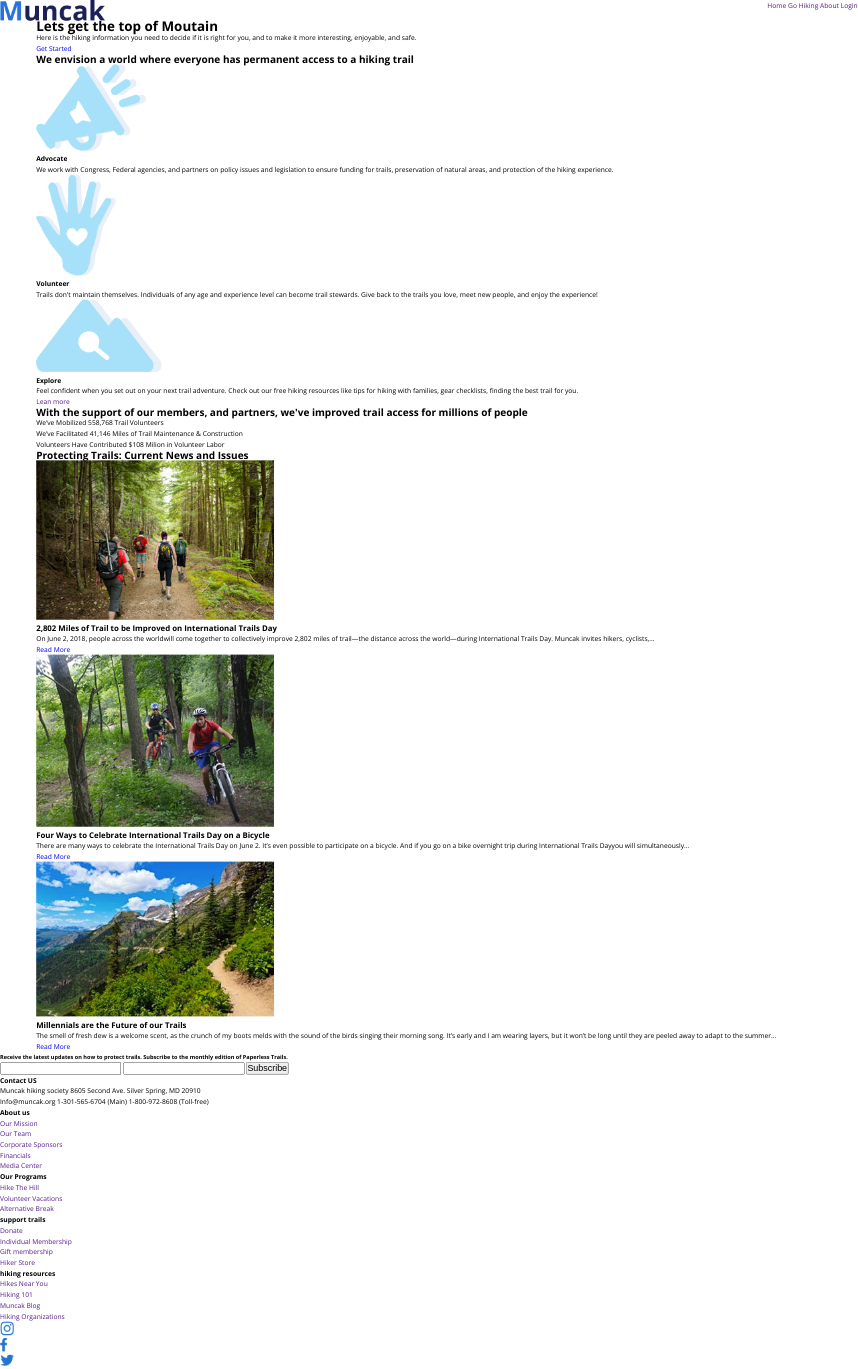
Repository: huubinh98/Project
Page: muncak/index.html
An editor plug-in stored every save of this project. The page is shown before and after the next save, followed by the edit.
The browser window is 1280 px wide. The pictures show the whole page, at 67% of full size.

Above is the page before, as saved 2021-08-28 15:47:53.

### muncak/index.html
<!DOCTYPE html>
<html lang="en">

<head>
    <meta charset="UTF-8">
    <meta http-equiv="X-UA-Compatible" content="IE=edge">
    <meta name="viewport" content="width=device-width, initial-scale=1.0">
    <link rel="stylesheet" href="./style.css">
    <link rel="preconnect" href="https://fonts.googleapis.com">
    <link rel="preconnect" href="https://fonts.gstatic.com" crossorigin>
    <link href="https://fonts.googleapis.com/css2?family=Open+Sans:wght@300;400;600;700&display=swap" rel="stylesheet">
    <title>Muncak</title>
</head>

<body>
    <header class="header">
        <div class="container header-nav">
            <h1 class="logo"><a href="" class="logo-link"><img src="./image/Muncak.png" alt="" class="logo-img"></a>
            </h1>
            <ul class="nav-list">
                <li class="nav-item">
                    <a href="" class="nav-item-link">Home</a>
                </li>
                <li class="nav-item">
                    <a href="" class="nav-item-link">Go Hiking</a>
                </li>
                <li class="nav-item">
                    <a href="" class="nav-item-link">About</a>
                </li>
                <li class="nav-item">
                    <a href="" class="nav-item-link">Login</a>
                </li>
            </ul>
        </div>
        <div class="container-small">
            <h1 class="heading-banner">Lets get the top of Moutain</h1>
            <p class="heading-desc">Here is the hiking information you need to decide
                if it is right for you, and to make it more interesting,
                enjoyable, and safe.</p>
            <a href="#" class="btn"> Get Started</a>
        </div>
    </header>
    <section class="about">
        <div class="container-small">
            <h2 class="heading-name">We envision a world where everyone
                has permanent access to a hiking trail</h2>
            <div class="about-item">
                <img src="./image/loa.png" alt="loa" class="about-img">
                <div class="about-content">
                    <h4 class="about-content-heading">Advocate</h4>
                    <p class="about-content-desc">We work with Congress, Federal agencies, and partners on policy issues
                        and legislation to ensure funding for trails, preservation of natural areas, and protection of
                        the hiking experience.</p>
                </div>
            </div>
            <div class="about-item">
                <img src="./image/bantay.png" alt="loa" class="about-img">
                <div class="about-content">
                    <h4 class="about-content-heading">Volunteer </h4>
                    <p class="about-content-desc">Trails don't maintain themselves. Individuals of any age and
                        experience level can become trail stewards. Give back to the trails you love, meet new people,
                        and enjoy the experience!</p>
                </div>
            </div>
            <div class="about-item">
                <img src="./image/nui.png" alt="loa" class="about-img">
                <div class="about-content">
                    <h4 class="about-content-heading">Explore</h4>
                    <p class="about-content-desc">Feel confident when you set out on your next trail adventure. Check
                        out our free hiking resources like tips for hiking with families, gear checklists, finding the
                        best trail for you.</p>
                </div>
            </div>
            <a href="" class="btn">Lean more</a>
        </div>
        <div class="container-small">
            <h2 class="heading-name">With the support of our members, and partners, we've improved trail access for millions of people</h2>
            <div class="customer-content">
                <p class="customer-text">We’ve Mobilized <span>558,768</span> Trail Volunteers</p>
                <p class="customer-text">We’ve Facilitated <span>41,146</span>
                    Miles of Trail Maintenance & Construction</p>
                <p class="customer-text">Volunteers Have Contributed <span>$108 Milion</span> in Volunteer Labor</p>
            </div>
        </div>
    </section>

    <!-- -----------new--------------- -->
    <section class="new">
        <div class="container-small">
            <h2 class="heading-name">Protecting Trails: Current News and Issues</h2>
            <div class="new-content">
                <div class="new-item">
                    <a href="#" class="new-item-link">
                        <img src="./image/pic1.jpg" alt="pic1" class="new-item-img">
                    </a>
                    <div class="new-item-text">
                        <h3 class="new-item-name">2,802 Miles of Trail to be Improved on International Trails Day</h3>
                        <p class="new-item-desc">On June 2, 2018, people across the worldwill come together to
                            collectively improve 2,802 miles of trail—the distance across the world—during International
                            Trails Day. Muncak invites hikers, cyclists,…</p>
                        <a href="#" class="new-item-link">Read More</a>
                    </div>
                </div>
                <div class="new-item">
                    <a href="#" class="new-item-link">
                        <img src="./image/pic2.jpg" alt="pic1" class="new-item-img">
                    </a>
                    <div class="new-item-text">
                        <h3 class="new-item-name">Four Ways to Celebrate International Trails Day on a Bicycle</h3>
                        <p class="new-item-desc">There are many ways to celebrate the International Trails Day on June 2. It’s even possible to participate on a bicycle. And if you go on a bike overnight trip during International Trails Dayyou will simultaneously…</p>
                        <a href="#" class="new-item-link">Read More</a>
                    </div>
                </div>
                <div class="new-item">
                    <a href="#" class="new-item-link">
                        <img src="./image/pic3.jpg" alt="pic1" class="new-item-img">
                    </a>
                    <div class="new-item-text">
                        <h3 class="new-item-name">Millennials are the Future of our Trails</h3>
                        <p class="new-item-desc">The smell of fresh dew is a welcome scent, as the crunch of my boots melds with the sound of the birds singing their morning song. It’s early and I am wearing layers, but it won’t be long until they are peeled away to adapt to the summer…</p>
                        <a href="#" class="new-item-link">Read More</a>
                    </div>
                </div>
            </div>
        </div>
    </section>

    <div class="contact-footer">
        <div class="container">
            <h5 class="contact-heading">Receive the latest updates on how to protect trails.
                Subscribe to the monthly edition of Paperless Trails.</h5>
            <form action="">
                <input type="text" name="Name" id="" class="form-input">
                <input type="text" name="Email" id="" class="form-input">
                <button type="submit">Subscribe</button>
            </form>
        </div>
        <footer class="footer container">
            <div class="footer-info">
                <div class="footer-item">
                    <h4>Contact US</h4>
                    <p>Muncak hiking society
                        8605 Second Ave.
                        Silver Spring, MD 20910</p>
                    <p>
                        <span>Info@muncak.org</span>
                        <span>1-301-565-6704 (Main)</span>
                        <span>1-800-972-8608 (Toll-free)</span>
                    </p>
                </div>
                <div class="footer-item">
                    <h4>About us</h4>
                    <ul>
                        <li>
                            <a href="">Our Mission</a>
                        </li>
                        <li>
                            <a href="">Our Team</a>
                        </li>
                        <li>
                            <a href="">Corporate Sponsors</a>
                        </li>
                        <li>
                            <a href="">Financials</a>
                        </li>
                        <li>
                            <a href="">Media Center</a>
                        </li>
                    </ul>
                </div>
                <div class="footer-item">
                    <h4>Our Programs</h4>
                    <ul>
                        <li>
                            <a href="">Hike The Hill</a>
                        </li>
                        <li>
                            <a href="">Volunteer Vacations</a>
                        </li>
                        <li>
                            <a href="">Alternative Break</a>
                        </li>
                    </ul>
                </div>
                <div class="footer-item">
                    <h4>support trails</h4>
                    <ul>
                        <li>
                            <a href="">Donate</a>
                        </li>
                        <li>
                            <a href="">Individual Membership</a>
                        </li>
                        <li>
                            <a href="">Gift membership</a>
                        </li>
                        <li>
                            <a href="">Hiker Store</a>
                        </li>
                    </ul>
                </div>
                <div class="footer-item">
                    <h4>hiking resources</h4>
                    <ul>
                        <li>
                            <a href="">Hikes Near You</a>
                        </li>
                        <li>
                            <a href="">Hiking 101</a>
                        </li>
                        <li>
                            <a href="">Muncak Blog</a>
                        </li>
                        <li>
                            <a href="">Hiking Organizations</a>
                        </li>
                    </ul>
                </div>
            </div>
            <ul class="socical">
                <li class="socical-item">
                    <a href="" class="socical-item-link">
                        <img src="./image/instar.png" alt="" class="socical-item-img">
                    </a>
                </li>
                <li class="socical-item">
                    <a href="" class="socical-item-link">
                        <img src="./image/facebook.png" alt="" class="socical-item-img">
                    </a>
                </li>
                <li class="socical-item">
                    <a href="" class="socical-item-link">
                        <img src="./image/tiwer.png" alt="" class="socical-item-img">
                    </a>
                </li>
            </ul>
        </footer>
    </div>
</body>

</html>

### muncak/style.css
* {
    margin: 0;
    padding: 0;
    box-sizing: border-box;
}

html {
    font-size: 62.5%;
    line-height: 1.6rem;
    font-family: 'Open Sans', sans-serif;
    scroll-behavior: smooth;
}

ul, li {
    list-style: none;
}

a {
    text-decoration: none;
}

.container {
    max-width: 1404px;
    width: 100%;
    margin: 0 auto;
}

.container-small {
    max-width: 1172px;
    width: 100%;
    margin: 0 auto;
}

.header-nav {
    display: flex;
    justify-content: space-between;
}

.logo{

}
.logo-link{

}
.logo-img{

}
.nav-list{

}
.nav-item{
    display: inline-block;
}
.nav-item-link{

}

.heading-banner {

}

.heading-desc {

}

After the next save:
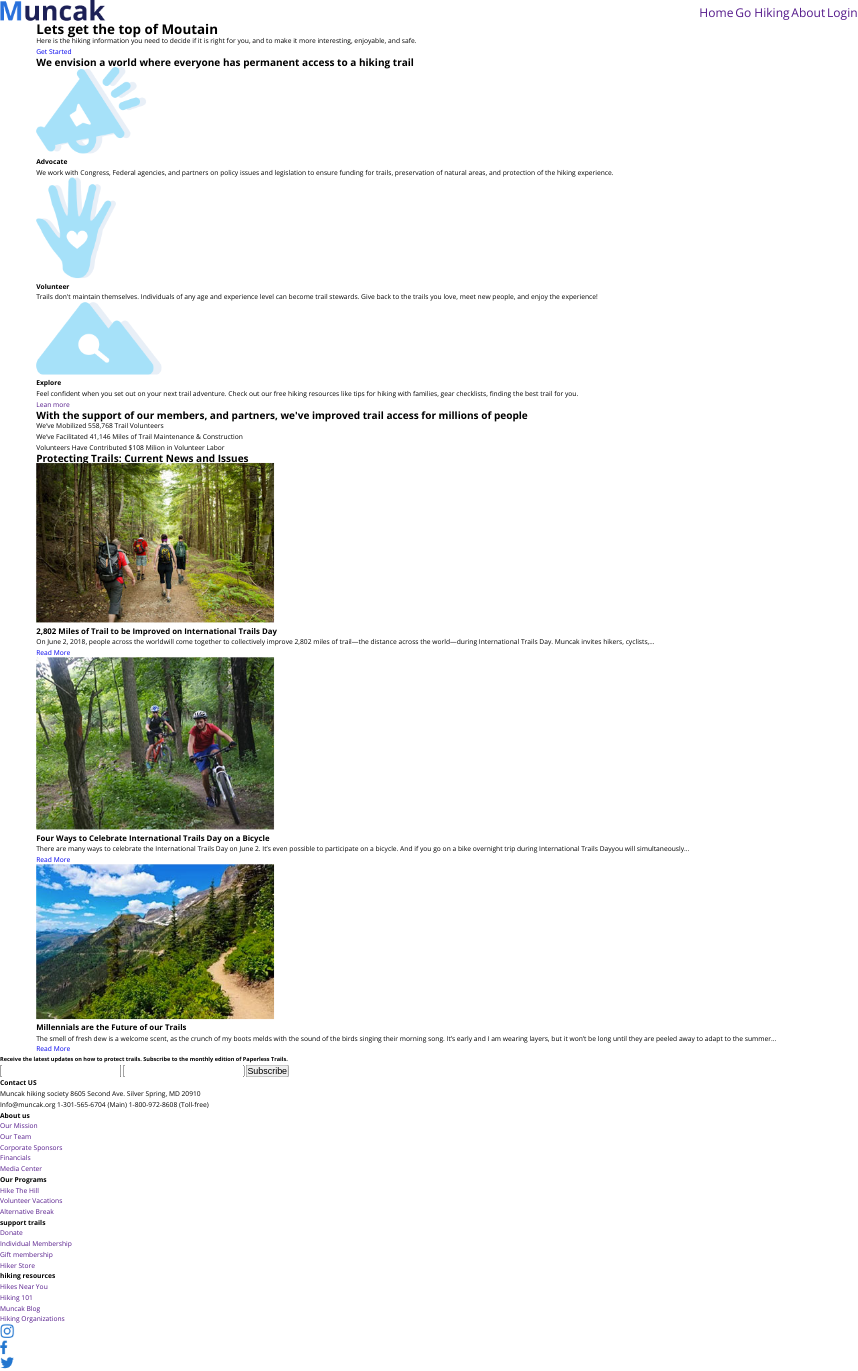
Saved 2 min 22 s later.
--- a/muncak/style.css
+++ b/muncak/style.css
@@ -52,6 +52,8 @@ a {
     display: inline-block;
 }
 .nav-item-link{
+    font-size: 1.8rem;
+    line-height: 3.6rem;
 
 }
 
